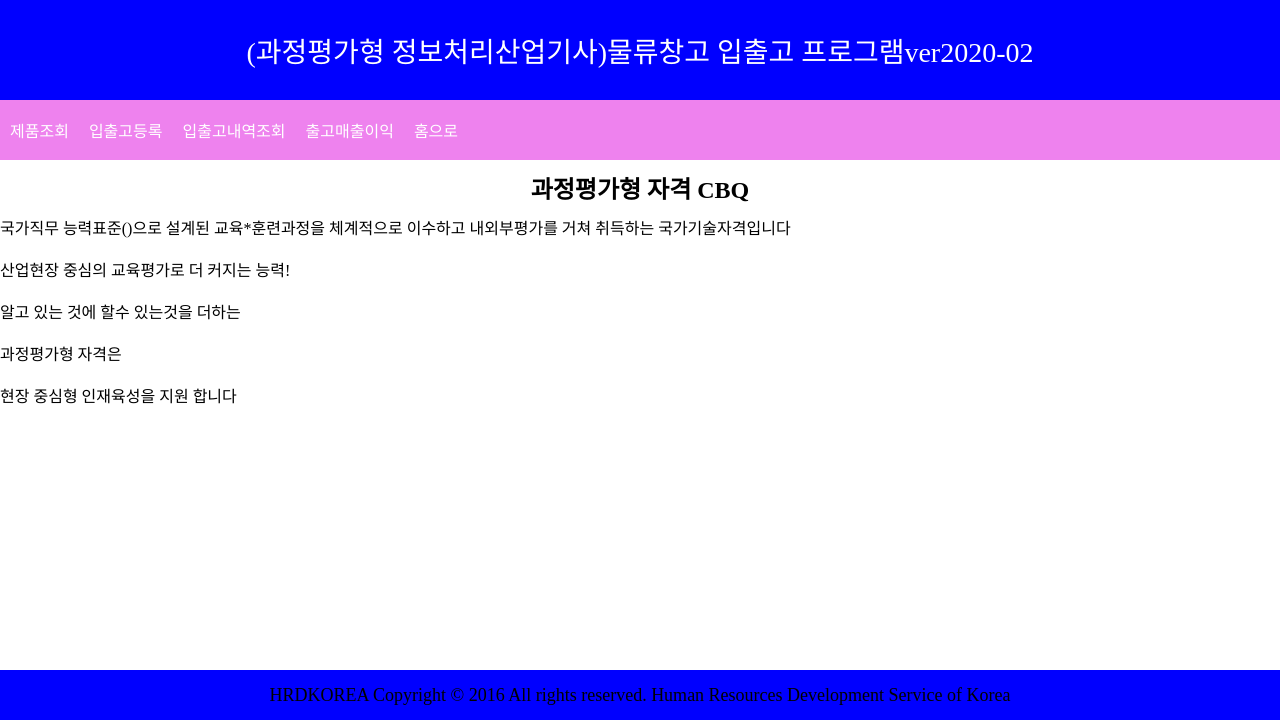
Repository: anakyn01/2_two
Page: http://localhost/cbq_1/one.jsp
These files come from the project's save history. The page is drawn as it stood at one moment and after the next save; the edit follows.
The browser window is 1280 px wide. The pictures show the whole page.
The page is served by Tomcat 9. Other server files are loaded and not shown.

Above is the page before, as saved 2024-12-11 06:06:46.

### exam/cbq_1/src/main/webapp/one.jsp
<%@ page language="java" contentType="text/html; charset=UTF-8"
    pageEncoding="UTF-8"%>
<jsp:include page="include/header.jsp" flush="false" />

<jsp:include page="include/body.jsp" flush="flase" />

<jsp:include page="include/footer.jsp" flush="false" />

### exam/cbq_1/src/main/webapp/include/header.jsp
<%@ page language="java" contentType="text/html; charset=UTF-8"
    pageEncoding="UTF-8"%>
<!DOCTYPE html>
<html>
<head>
<meta charset="UTF-8">
<title>물류창고 입출고 프로그램</title>
<link rel="stylesheet" href="css/style.css"/>
</head>
<body>
<header>
(과정평가형 정보처리산업기사)물류창고 입출고 프로그램ver2020-02
</header>
<nav>
<ul class="nav">
<li><a href="one.jsp">제품조회</a></li>
<li><a href="two.jsp">입출고등록</a></li>
<li><a href="three.jsp">입출고내역조회</a></li>
<li><a href="four.jsp">출고매출이익</a></li>
<li><a href="/">홈으로</a></li>
</ul>
</nav>

### exam/cbq_1/src/main/webapp/include/body.jsp
<%@ page language="java" contentType="text/html; charset=UTF-8"
    pageEncoding="UTF-8"%>
<h1>과정평가형 자격 CBQ</h1>
<p>
국가직무 능력표준()으로 설계된 교육*훈련과정을 체계적으로 이수하고 내외부평가를 거쳐 취득하는 국가기술자격입니다<br>
<br>
산업현장 중심의 교육평가로 더 커지는 능력!<br>
<br>
알고 있는 것에 할수 있는것을 더하는<br>
<br>
과정평가형 자격은<br>
<br>
현장 중심형 인재육성을 지원 합니다<br>
</p>

### exam/cbq_1/src/main/webapp/include/footer.jsp
<%@ page language="java" contentType="text/html; charset=UTF-8"
    pageEncoding="UTF-8"%>
<footer>
HRDKOREA Copyright &copy; 2016 All rights reserved. Human Resources Development Service of Korea
</footer>
</body>
</html>

### exam/cbq_1/src/main/webapp/css/style.css
@charset "UTF-8";

html, html * {
margin:0; padding:0; box-sizing:border-box;
}
header{
width:100%; background-color:blue;
height:100px; color:white; font-size:28px;
display:flex; justify-content:center; align-items:center;
}
nav{
width:100%;	background-color:violet; height:60px; font-size:16px; height:60px;
}
.nav{
width:100%;	height:60px; display:flex; justify-content:flex-start; align-items:center;
}
ul,ol,li{list-style:none; }
.nav li a {
height:60px; display:flex; align-items:center; padding:0px 10px; color:white
}
a {text-decoration:none; }

h1{text-align:center; font-size:24px; margin:10px 0px;}

table, tr, td, th {
border-collapse:separate;
margin:0 auto;
}

footer{
width:100%; background-color:blue;
height:50px; font-size:18px;
display:flex; justify-content:center; align-items:center;
position:fixed; z-index:2; right:0; bottom:0;
}

After the next save:
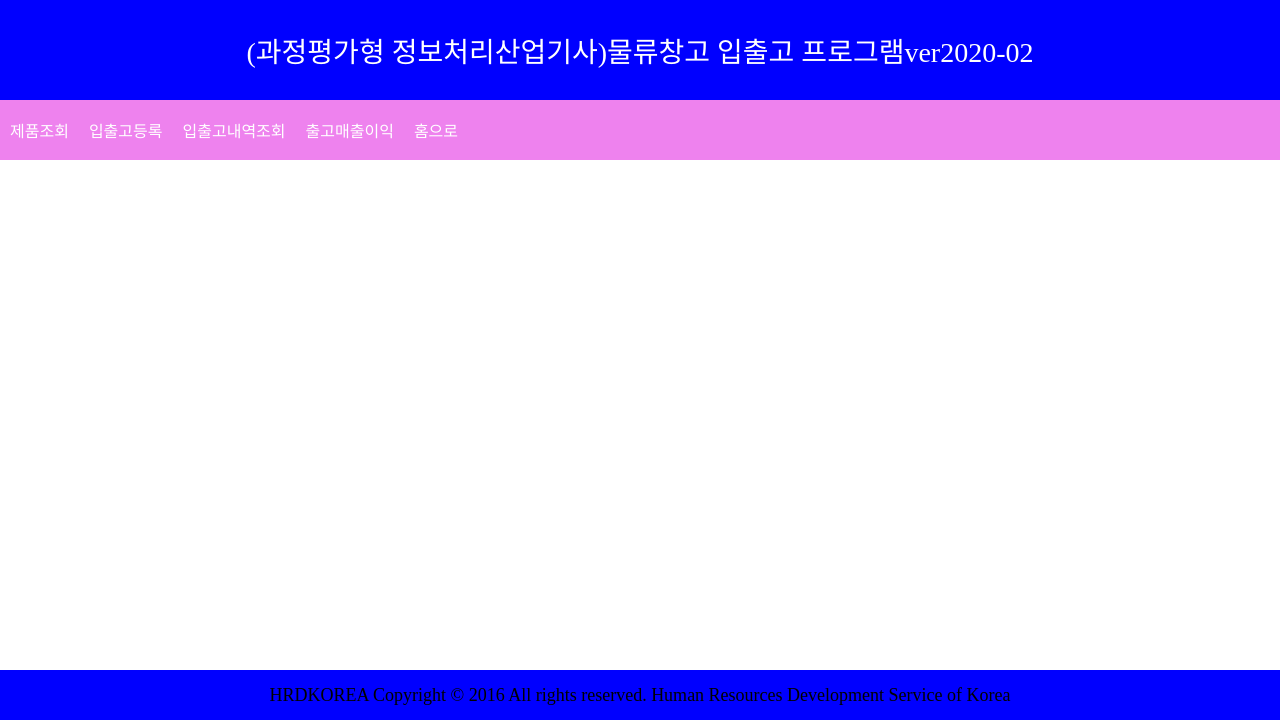
Saved 50 s later.
--- a/exam/cbq_1/src/main/webapp/one.jsp
+++ b/exam/cbq_1/src/main/webapp/one.jsp
@@ -2,6 +2,6 @@
     pageEncoding="UTF-8"%>
 <jsp:include page="include/header.jsp" flush="false" />
 
-<jsp:include page="include/body.jsp" flush="flase" />
+
 
 <jsp:include page="include/footer.jsp" flush="false" />
